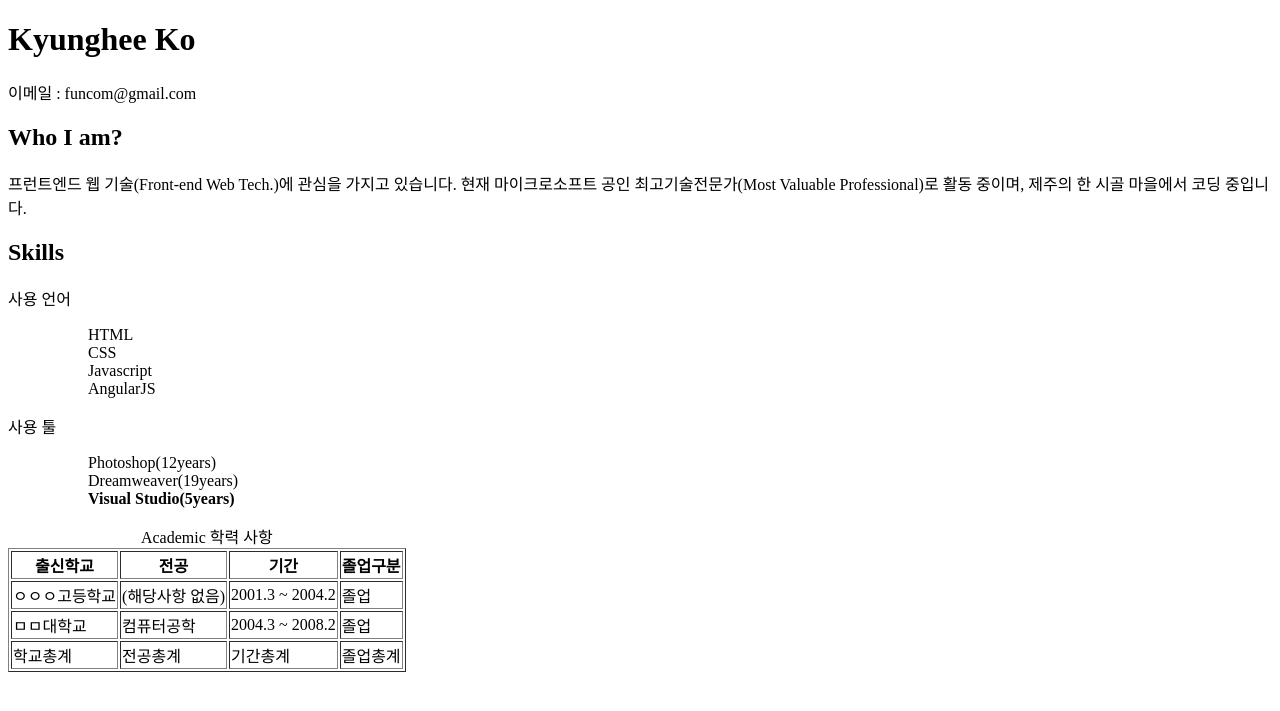
Repository: seulhwangbo/SeulJSP
Page: jspSrc17/webStandard01/src/main/webapp/02/resume.html
These files come from the project's save history. The page is drawn as it stood at one moment and after the next save; the edit follows.
The browser window is 1280 px wide. The pictures show the whole page.

Above is the page before, as saved 2024-06-13 07:43:50.

### jspSrc17/webStandard01/src/main/webapp/02/resume.html
<!DOCTYPE html>
<html>
<head>
<meta charset="UTF-8">
<title>Insert title here</title>
</head>
<body>
	<h1>Kyunghee Ko</h1>
	<p>이메일 : funcom@gmail.com</p>
	<h2>Who I am?</h2>
	<p>프런트엔드 웹 기술(Front-end Web Tech.)에 관심을 가지고 있습니다. 현재 마이크로소프트 공인
		최고기술전문가(Most Valuable Professional)로 활동 중이며, 제주의 한 시골 마을에서 코딩 중입니다.</p>

	<h2>Skills</h2>
	<p>사용 언어</p>

	<ol>
		<ul>HTML</ul>
		<ul>CSS</ul>
		<ul>Javascript</ul>
		<ul>AngularJS</ul>
	</ol>
	</li>
	<p>사용 툴</p>
	<ol>
		<ul>Photoshop(12years)</ul>
		<ul>Dreamweaver(19years)</ul>
		<strong><ul>Visual Studio(5years)</ul></strong>
	</ol>
	<table border="1">
		<caption>Academic 학력 사항</caption>
		<thead>
			<th>출신학교</th>
			<th>전공</th>
			<th>기간</th>
			<th>졸업구분</th>
		</thead>
		<tr>
			<td>ㅇㅇㅇ고등학교</td>
			<td>(해당사항 없음)</td>
			<td>2001.3 ~ 2004.2</td>
			<td>졸업</td>
		</tr>
			<tr>
				<td>ㅁㅁ대학교</td>
				<td>컴퓨터공학</td>
				<td>2004.3 ~ 2008.2</td>
				<td>졸업</td>
		<tfoot>
			<tr>
				<td>학교총계</td>
				<td>전공총계</td>
				<td>기간총계</td>
				<td>졸업총계</td>
			</tr>
		</tfoot>
	</table>
</body>
</html>

After the next save:
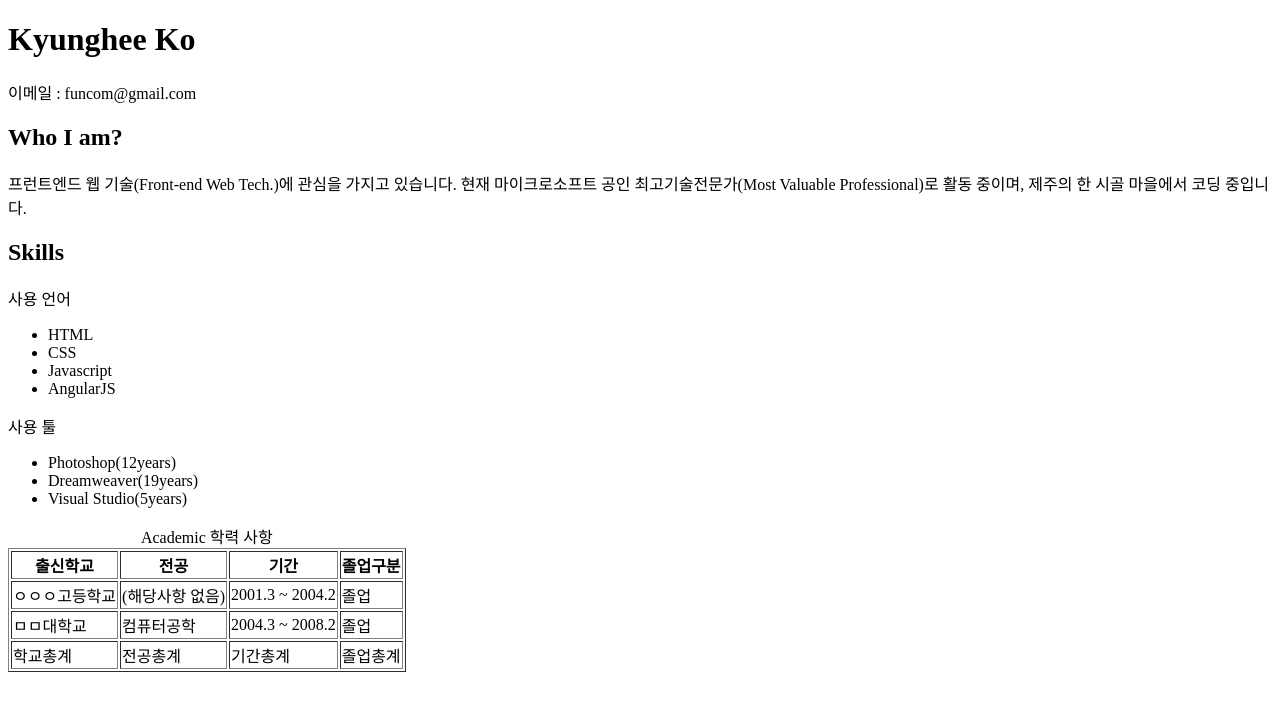
Saved 86 s later.
--- a/jspSrc17/webStandard01/src/main/webapp/02/resume.html
+++ b/jspSrc17/webStandard01/src/main/webapp/02/resume.html
@@ -14,19 +14,19 @@
 	<h2>Skills</h2>
 	<p>사용 언어</p>
 
-	<ol>
-		<ul>HTML</ul>
-		<ul>CSS</ul>
-		<ul>Javascript</ul>
-		<ul>AngularJS</ul>
-	</ol>
-	</li>
+	<ul>
+		<li>HTML</li>
+		<li>CSS</li>
+		<li>Javascript</li>
+		<li>AngularJS</li>
+	</ul>
+
 	<p>사용 툴</p>
-	<ol>
-		<ul>Photoshop(12years)</ul>
-		<ul>Dreamweaver(19years)</ul>
-		<strong><ul>Visual Studio(5years)</ul></strong>
-	</ol>
+	<ul>
+		<li>Photoshop(12years)</li>
+		<li>Dreamweaver(19years)</li>
+		<mark><li>Visual Studio(5years)</li></mark>
+	</ul>
 	<table border="1">
 		<caption>Academic 학력 사항</caption>
 		<thead>
